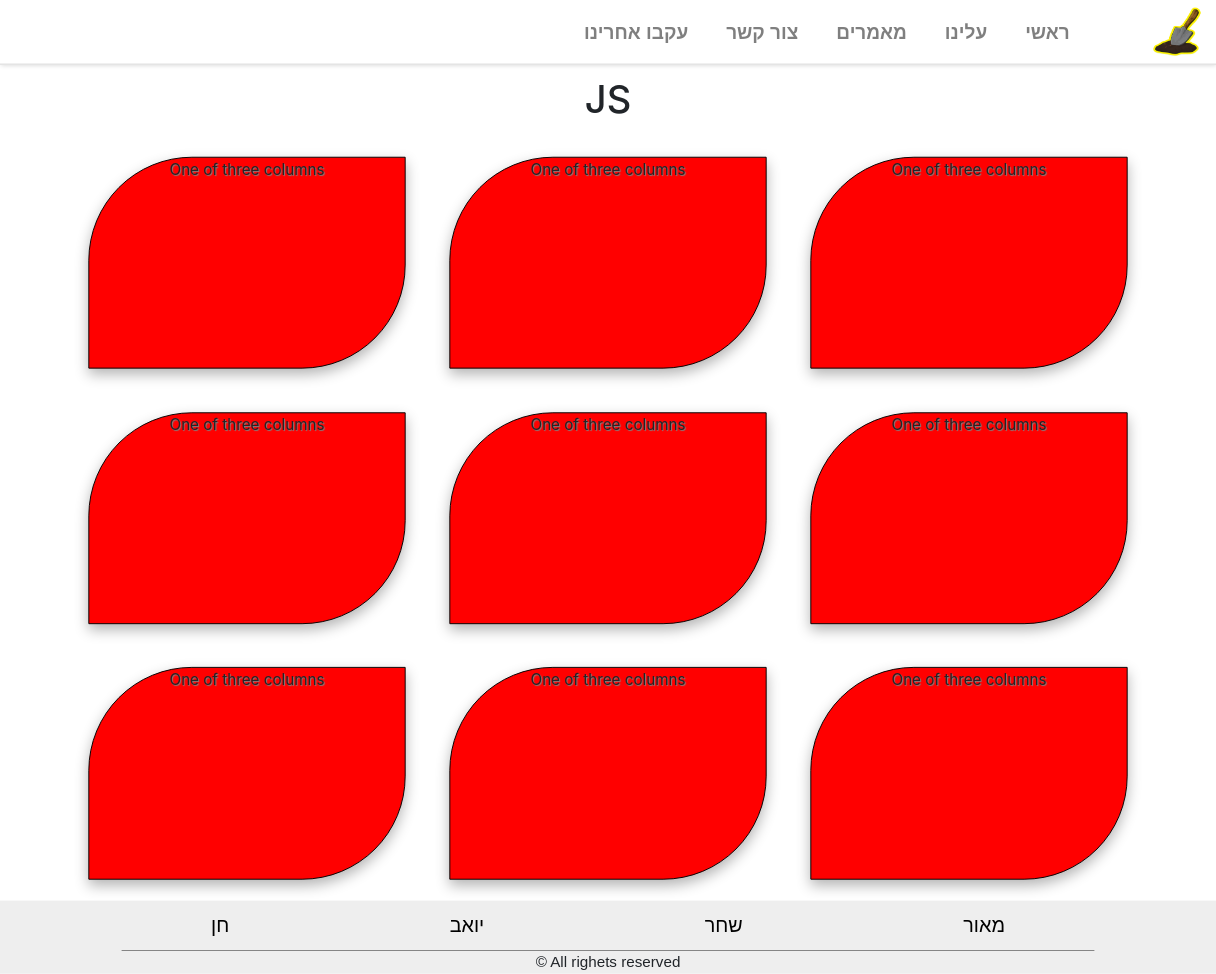
Repository: yoavBenZion/Blog-Zubi
Page: articlesPage.html
An editor plug-in stored every save of this project. The page is shown before and after the next save, followed by the edit.
The browser window is 1280 px wide. The pictures show the whole page, at 95% of full size.
Some web fonts or font styles are not loaded; a fallback is used. Some web libraries are served in a nearby version.

Above is the page before, as saved 2017-10-26 13:41:54.

### articlesPage.html
<!DOCTYPE html>
<html lang="he">

<head>
    <meta charset="UTF-8">
    <meta name="viewport" content="width=device-width, initial-scale=1,user-scalable=no;">
    <title>החופרים</title>
    <link rel="stylesheet" href="https://maxcdn.bootstrapcdn.com/bootstrap/4.0.0-beta/css/bootstrap.min.css" integrity="sha384-/Y6pD6FV/Vv2HJnA6t+vslU6fwYXjCFtcEpHbNJ0lyAFsXTsjBbfaDjzALeQsN6M"
        crossorigin="anonymous">
    <link rel="stylesheet" href="https://maxcdn.bootstrapcdn.com/bootstrap/4.0.0-beta.2/css/bootstrap.min.css" integrity="sha384-PsH8R72JQ3SOdhVi3uxftmaW6Vc51MKb0q5P2rRUpPvrszuE4W1povHYgTpBfshb"
        crossorigin="anonymous">

    <script src="https://code.jquery.com/jquery-3.2.1.slim.min.js" integrity="sha384-KJ3o2DKtIkvYIK3UENzmM7KCkRr/rE9/Qpg6aAZGJwFDMVNA/GpGFF93hXpG5KkN"
        crossorigin="anonymous"></script>
    <script src="https://cdnjs.cloudflare.com/ajax/libs/popper.js/1.12.3/umd/popper.min.js" integrity="sha384-vFJXuSJphROIrBnz7yo7oB41mKfc8JzQZiCq4NCceLEaO4IHwicKwpJf9c9IpFgh"
        crossorigin="anonymous"></script>
    <script src="https://maxcdn.bootstrapcdn.com/bootstrap/4.0.0-beta.2/js/bootstrap.min.js" integrity="sha384-alpBpkh1PFOepccYVYDB4do5UnbKysX5WZXm3XxPqe5iKTfUKjNkCk9SaVuEZflJ"
        crossorigin="anonymous"></script>
    <link rel="stylesheet" href="css/Gridrispon.css" type="text/css">
    <link rel="stylesheet" href="css/header.css" type="text/css">
    <link rel="stylesheet" href="css/PopupRispon.css">
    <link rel="stylesheet" href="css/footer.css">
    <link rel="stylesheet" type="text/css" href="css/articlesPage.css">



</head>

<body dir="rtl">
    <header>

        <nav class="navbar navbar-expand-sm navbar-light bg-faded">
            <button class="navbar-toggler" type="button" data-toggle="collapse" data-target="#nav-content" aria-controls="nav-content"
                aria-expanded="false" aria-label="Toggle navigation">
                <span class="navbar-toggler-icon"></span>
            </button>
            <div class="logo">
                <img src="./img/shovel-575661_1280.png">
            </div>
            <!-- Brand -->
            <a class="navbar-brand" href="#"> </a>

            <!-- Links -->
            <div class="collapse navbar-collapse" id="nav-content">
                <ul class="navbar-nav">
                    <li class="nav-item">
                        <a class="nav-link" href="#1">ראשי</a>
                    </li>
                    <li class="nav-item">
                        <a class="nav-link" href="#2">עלינו</a>
                    </li>
                    <li class="nav-item">
                        <a class="nav-link" href="#5">מאמרים</a>
                    </li>
                    <li class="nav-item">
                        <a class="nav-link" href="contact.html">צור קשר</a>
                    </li>
                    <li class="nav-item">
                        <a class="nav-link" href="subscribe.html">עקבו אחרינו</a>
                    </li>

                </ul>

            </div>

        </nav>

    </header>

    <h1 class="header1">JS</h1>
    <div class="container">
        <div class="row">
            <div class="col">
                One of three columns
            </div>
            <div class="col">
                One of three columns
            </div>
            <div class="col">
                One of three columns
            </div>
        </div>
        <div class="row">
            <div class="col">
                One of three columns
            </div>
            <div class="col">
                One of three columns
            </div>
            <div class="col">
                One of three columns
            </div>
        </div>
        <div class="row">
            <div class="col">
                One of three columns
            </div>
            <div class="col">
                One of three columns
            </div>
            <div class="col">
                One of three columns
            </div>
        </div>
    </div>
    </div>
    <footer id="footer">
        <ul>
            <li class="box">
                <a class="button" href="#popup3">
                    מאור
                </a>
            </li>
            <li class="box">
                <a class="button" href="#popup2">
                    שחר
                </a>
            </li>
            <li class="box">
                <a class="button" href="#popup1">
                    יואב
                </a>
            </li>
            <li>
                <a class="button" href="#popup4">
                    חן
                </a>
            </li>
        </ul>
        </div>
        <!--yoav popup-->
        <div id="popup1" class="overlay">
            <div class="popup">
                <h2>Yoav Benzion</h2>
                <a class="close" href="#footer">&times;</a>
                <div class="content">
                    <div class="footer-social-icons">
                        <img class="avatar" src="img/yoav.jfif">
                        <p>front end web developer</p>
                        <h4 class="_14">Follow me on:</h4>
                        <ul class="social-icons">
                            <li>
                                <a href="https://www.facebook.com/yoav.benzion.5" target="_blank" class="social-icon">
                                    <i class="fa fa-facebook"></i>
                                </a>
                            </li>
                            <li>
                                <a href="https://twitter.com/Yoav_BenZion" target="_blank" class="social-icon">
                                    <i class="fa fa-twitter"></i>
                                </a>
                            </li>
                            <li>
                                <a href="https://github.com/yoavBenZion" target="_blank" class="social-icon">
                                    <i class="fa fa-github"></i>
                                </a>
                            </li>
                            <li>
                                <a href="https://codepen.io/yoavBZ/" target="_blank" class="social-icon">
                                    <i class="fa fa-codepen"></i>
                                </a>
                            </li>
                            <li>
                                <a href="https://www.linkedin.com/in/yoav-benzion-45818360/" target="_blank" class="social-icon">
                                    <i class="fa fa-linkedin"></i>
                                </a>
                            </li>
                            <li>
                                <a href="https://stackoverflow.com/users/8386160/yoav-b" target="_blank" class="social-icon">
                                    <i class="fa fa-stack-overflow"></i>
                                </a>
                            </li>
                        </ul>
                    </div>
                </div>
            </div>
        </div>
        <!--Shachar popup-->
        <div id="popup2" class="overlay">
            <div class="popup">
                <h2>Shachar</h2>
                <a class="close" href="#footer">&times;</a>
                <div class="content">
                    <div class="footer-social-icons">
                        <img class="avatar" src="img/kid.jpg">
                        <p>front end web developer</p>
                        <h4 class="_14">Follow me on:</h4>
                        <ul class="social-icons">
                            <li>
                                <a href="" class="social-icon">
                                    <i class="fa fa-facebook"></i>
                                </a>
                            </li>
                            <li>
                                <a href="" class="social-icon">
                                    <i class="fa fa-twitter"></i>
                                </a>
                            </li>
                            <li>
                                <a href="" class="social-icon">
                                    <i class="fa fa-github"></i>
                                </a>
                            </li>
                            <li>
                                <a href="" class="social-icon">
                                    <i class="fa fa-codepen"></i>
                                </a>
                            </li>
                            <li>
                                <a href="" class="social-icon">
                                    <i class="fa fa-linkedin"></i>
                                </a>
                            </li>
                            <li>
                                <a href="" class="social-icon">
                                    <i class="fa fa-stack-overflow"></i>
                                </a>
                            </li>
                        </ul>
                    </div>
                </div>
            </div>
        </div>

        <!--Maor popup-->

        <div id="popup3" class="overlay">
            <div class="popup">
                <h2>Maor</h2>
                <a class="close" href="#footer">&times;</a>
                <div class="content">
                    <div class="footer-social-icons">
                        <img class="avatar" src="img/mona.jpg">
                        <p>front end web developer</p>
                        <h4 class="_14">Follow me on:</h4>
                        <ul class="social-icons">
                            <li>
                                <a href="" class="social-icon">
                                    <i class="fa fa-facebook"></i>
                                </a>
                            </li>
                            <li>
                                <a href="" class="social-icon">
                                    <i class="fa fa-twitter"></i>
                                </a>
                            </li>
                            <li>
                                <a href="" class="social-icon">
                                    <i class="fa fa-github"></i>
                                </a>
                            </li>
                            <li>
                                <a href="" class="social-icon">
                                    <i class="fa fa-codepen"></i>
                                </a>
                            </li>
                            <li>
                                <a href="" class="social-icon">
                                    <i class="fa fa-linkedin"></i>
                                </a>
                            </li>
                            <li>
                                <a href="" class="social-icon">
                                    <i class="fa fa-stack-overflow"></i>
                                </a>
                            </li>
                        </ul>
                    </div>
                </div>
            </div>
        </div>

        <!--Chen popup-->
        <div id="popup4" class="overlay">
            <div class="popup">
                <h2>Chen Ginsberg</h2>
                <a class="close" href="#footer">&times;</a>
                <div class="content">
                    <!--          <div class="footer-social-icons">-->
                    <img class="avatar" src="img/MINER.jpg">
                    <p>front end web developer</p>
                    <h4 class="_14">Follow me on:</h4>
                    <ul class="social-icons">
                        <li>
                            <a href="https://www.facebook.com/chenogi" class="social-icon">
                                <i class="fa fa-facebook"></i>
                            </a>
                        </li>
                        <li>
                            <a href="https://github.com/ChenGinsberg?" class="social-icon">
                                <i class="fa fa-github"></i>
                            </a>
                        </li>
                        <li>
                            <a href="https://www.linkedin.com/in/chen-ginsberg-8829a713b/" class="social-icon">
                                <i class="fa fa-linkedin"></i>
                            </a>
                        </li>
                        <li>
                            <a href="https://stackoverflow.com/users/8377318/chen-ginsberg" class="social-icon">
                                <i class="fa fa-stack-overflow"></i>
                            </a>
                        </li>
                    </ul>
                </div>
            </div>
        </div>



        <div class="footer-bottem" dir="ltr">&copy; All righets reserved </div>
    </footer>
    <script src="https://code.jquery.com/jquery-3.2.1.slim.min.js" integrity="sha384-KJ3o2DKtIkvYIK3UENzmM7KCkRr/rE9/Qpg6aAZGJwFDMVNA/GpGFF93hXpG5KkN"
        crossorigin="anonymous"></script>
    <script src="https://cdnjs.cloudflare.com/ajax/libs/popper.js/1.11.0/umd/popper.min.js" integrity="sha384-b/U6ypiBEHpOf/4+1nzFpr53nxSS+GLCkfwBdFNTxtclqqenISfwAzpKaMNFNmj4"
        crossorigin="anonymous"></script>
    <script src="https://maxcdn.bootstrapcdn.com/bootstrap/4.0.0-beta/js/bootstrap.min.js" integrity="sha384-h0AbiXch4ZDo7tp9hKZ4TsHbi047NrKGLO3SEJAg45jXxnGIfYzk4Si90RDIqNm1"
        crossorigin="anonymous"></script>
</body>

</html>

### css/footer.css
@import url(http://fonts.googleapis.com/earlyaccess/alefhebrew.css);
footer {
  background-color: #eee;
  text-align: center;
  font-family: "Alef Hebrew", sans-serif;
  font-size: 1.3rem;
}

footer ul {
  display: flex;
  flex-direction: row;
  padding-right: 0;
  justify-content: space-evenly;
}

footer ul>li {
  list-style: none;
  padding: 10px;
  /*  background-color: #29C3FF;*/
}

footer ul>li:nth-child(odd) {
  color: #93A2A8;
}

footer ul>li:nth-child(even) {
  color: #E2DDE7;
}

footer ul>li:hover {
  background-color: #fff;
  /*  flex: 1;*/
  /*  font-size: 1.5rem;*/
  color: #E2DD11;
  /*  background-repeat: no-repeat;*/
}


/*
footer ul {
  display: grid;
  grid-template-columns: repeat(4, 1fr);
  grid-auto-rows:minmax(50px, auto);
  margin-right: -40px;
 grid-gap: 0.5em;
}
*/

.about,
.footer-bottem {
  text-align: center;
  width: 80%;
  margin: 0 auto;
}

.about {
  border-bottom: 1px dotted black;
}

.footer-bottem {
  border-top: 0.5px solid grey;
  font-size: 1rem;
}

### css/articlesPage.css
.header1 {
    text-align: center;
}


/* Grid */

.col {
    background-color: red;
    margin: 2%;
    height: 31vh;
    border: 1px solid black;
    text-align: center;
    text-shadow: 1px 1px 1px grey;
    box-shadow: 0 6px 15px 0 rgba(0, 1, 1, 0.3);
    border-radius: 109px 0px;
}

Loaded but not shown: css/PopupRispon.css (986 lines, source omitted); css/Gridrispon.css (977 lines, source omitted); css/header.css (no stored copy; drawn as an empty file)

After the next save:
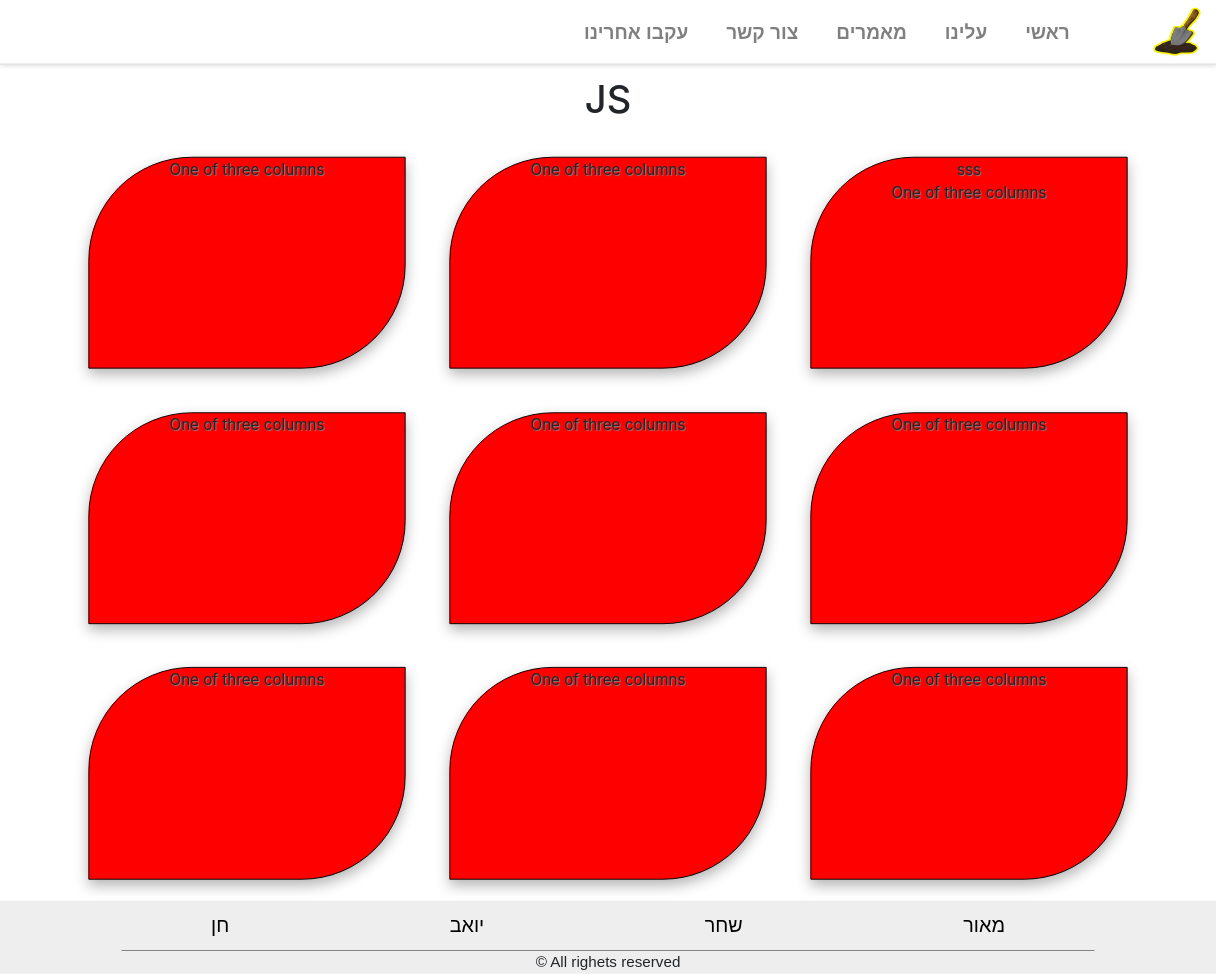
Saved 21 min 29 s later.
--- a/articlesPage.html
+++ b/articlesPage.html
@@ -71,6 +71,7 @@
     <div class="container">
         <div class="row">
             <div class="col">
+                <div class="undercol">sss</div>
                 One of three columns
             </div>
             <div class="col">
